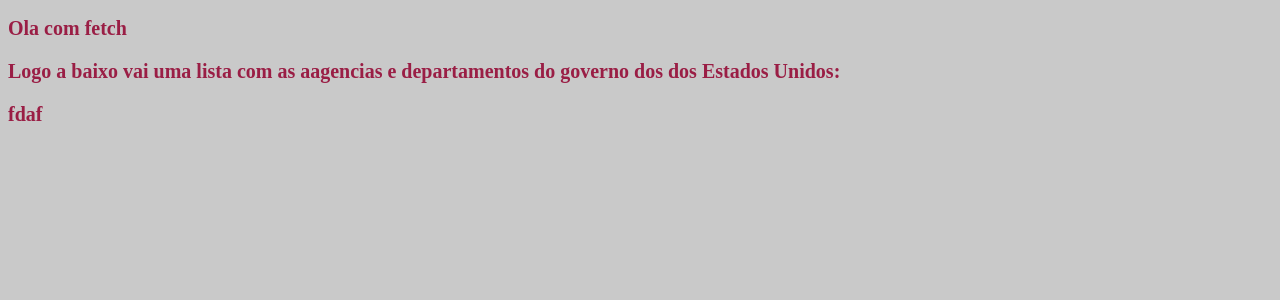
Repository: gustavo-eng/usaJobs
Page: index.html
The author's editor kept a copy of each file at every save. The page is drawn from the files as they stood at one save, then again after the next save.
The browser window is 1280 px wide. The pictures show the whole page.
The page's requests for data from a server got no answer.

Above is the page before, as saved 2023-01-08 20:25:27.

After the next save:
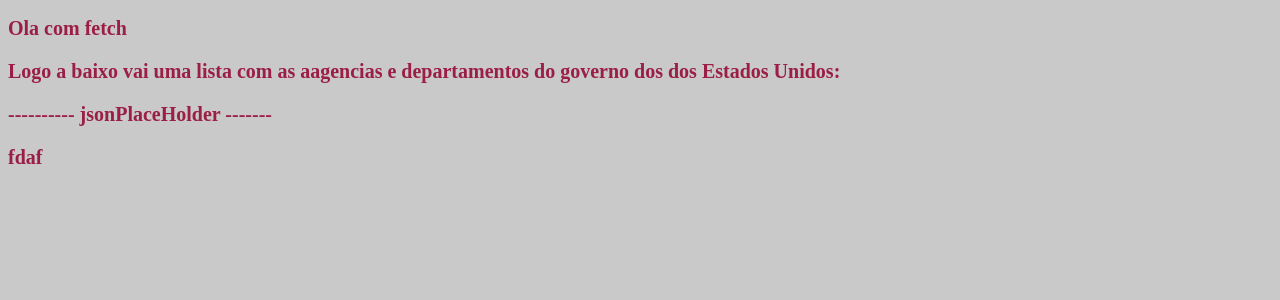
Saved 89 s later.
--- a/index.html
+++ b/index.html
@@ -15,6 +15,8 @@
     <div>
 
     </div>
+    <p>---------- jsonPlaceHolder ------- </p>
+    <div class=".placeholder"></div>
     <script>
         const div =  document.querySelector('div');
         const paragrafo = document.createElement("p");
